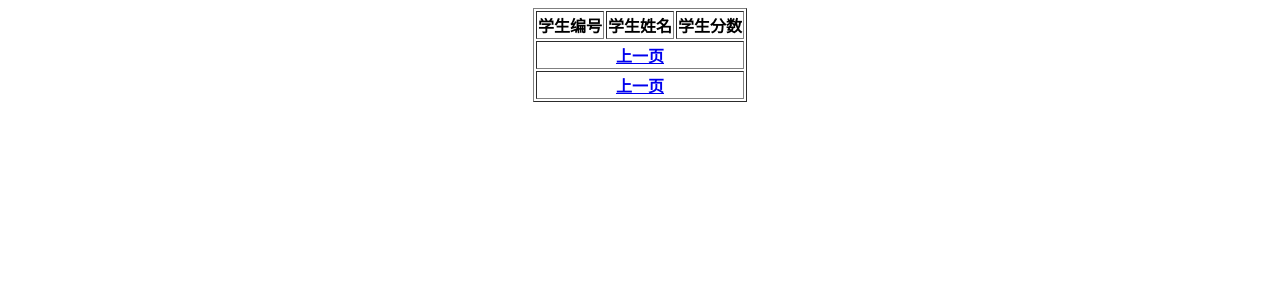
Repository: byuan98/study
Page: http://localhost/day071web/test/getallstudentpaging?pageNumber=-1
These files come from the project's save history. The page is drawn as it stood at one moment and after a run of saves; the edit follows.
The browser window is 1280 px wide. The pictures show the whole page.
The page is served by Tomcat 9. Other server files are loaded and not shown. Queries for data that is not in the repository find no rows.

Above is the page before, as saved 2021-03-30 15:01:15.

### day071web/WebContent/jsp/pagingoptimization.jsp
<%@ page language="java" contentType="text/html; charset=UTF-8" pageEncoding="UTF-8"%>
<%@ taglib prefix="core" uri="http://java.sun.com/jsp/jstl/core"%>
<!DOCTYPE html>
<html>
<head>
<meta charset="UTF-8">
<title>分页效果</title>
</head>
<body>
  <core:if test="${empty requestScope.paging}">
    <jsp:forward page="/test/getallstudentpaging"/>
  </core:if>
  <table align="center" border="solid">
    <tr>
      <th>学生编号</th><th>学生姓名</th><th>学生分数</th>
    </tr>
    <core:forEach items="${requestScope.paging.list}" var="stu">
      <tr>
        <td>${stu.stuid}</td>
        <td>${stu.stuname}</td>
        <td>${stu.stuscore}</td>
      </tr>
    </core:forEach>
    <tr>
      <th colspan="5">
        <core:if test="${requestScope.paging.pageNumber!=1}">
          <a href="<core:url value='/test/getallstudentpaging?pageNumber=${requestScope.studentpaging.pageNumber-1}'/>">上一页</a>
        </core:if>
        <core:forEach begin="1" end="${requestScope.paging.pageTotal}" var="pn">
          <core:choose>
            <core:when test="${pn != requestScore.paging.pageNumber}">
              <a href="<core:url value='/test/getallstudentpaging?pageNumber=${pn}'/>">${pn}</a>
            </core:when>
            <core:otherwise>
              <a>[${pn}]</a>
            </core:otherwise>
          </core:choose>
        </core:forEach>
        <core:if test="${requestScope.paging.pageNumber lt requestScope.paging.pageTotal}">
          <a href="<core:url value='/test/getallstudentpaging?pageNumber=${requestScope.paging.pageNumber+1}'/>">下一页</a>
        </core:if>
      </th>
    </tr>

    <tr>
      <th colspan="3">
        <core:if test="${requestScope.paging.pageNumber != 1}">
          <a href="<core:url value='/test/getallstudentpaging?pageNumber=${requestScope.paging.pageNumber-1}'/>">上一页</a>
        </core:if>
        <core:set var="number" value="5"/>
        <core:choose>
          <core:when test="${requestScope.paging.pageNumber < number/2}">
            <core:set var="startNumber" value="1"/>
          </core:when>
          <core:when test="${requestScope.paging.pageNumber > requestScore.paging.pageTotal-number/2}">
            <core:set var="startNumber" value="${requestScore.paging.pageTotal-number+1}"/>
          </core:when>
          <core:otherwise>
            <core:set var="startNumber" value="${requestScore.paging.pageNumber-num/2}"/>
          </core:otherwise>
        </core:choose>
        <core:if test="${startNumber<=0}">
          <core:set var="startNumber" value="1"/>
        </core:if>
        <core:set var="endNumber" value="${startNumber+number-1}"/>
        <core:if test="${endNumber > requestScope.paging.pageTotal}">
          <core:set var="endNumber" value="${requestScope.paging.pageTotal}"/>
        </core:if>
        <core:forEach begin="${startNumber}" end="${endNumber}" var="pn">
          <core:choose>
            <core:when test="${pn != requestScope.paging.pageNumber}">
              <a href="<core:url value='/test/getallstudentpaging?pageNumber=${pn}'/>">${pn}</a>
            </core:when>
            <core:otherwise>
              <a>[${pn}]</a>
            </core:otherwise>
          </core:choose>
        </core:forEach>
        <core:if test="${requestScore.paging.pageNumber lt requestScore.paging.pageTotal}">
          <a href="<core:url value='/test/getallstudentpaging?pageNumber=${requestScope.paging.pageNumber+1}'/>">下一页</a>
        </core:if>
      </th>
    </tr>
  </table>
</body>
</html>

### day071web/src/servlet/GetAllStudentPaging.java
package servlet;

import java.io.IOException;
import java.util.List;

import javax.servlet.ServletException;
import javax.servlet.annotation.WebServlet;
import javax.servlet.http.HttpServlet;
import javax.servlet.http.HttpServletRequest;
import javax.servlet.http.HttpServletResponse;

import bean.PagingBean;
import dao.StudentDao;
import entity.Student;

@WebServlet("/test/getallstudentpaging")
public class GetAllStudentPaging extends HttpServlet{
    protected void doGet(HttpServletRequest req, HttpServletResponse resp) throws ServletException, IOException {
        Integer pageNumber;
        Integer pageSize=6;//每页记录的数量
        try {
            pageNumber=new Integer(req.getParameter("pageNumber"));
        }catch(NumberFormatException e) {//如果获取不到数字
            pageNumber=1;
        }

        Integer count=new StudentDao().getStudentCount();//获取总记录数
        PagingBean<Student> paging=new PagingBean<Student>();
        paging.setCount(count);
        paging.setPageSize(pageSize);
        paging.setPageNumber(pageNumber);

        List<Student> partStudent=new StudentDao().getAllStudentPaging(paging.getStartIndex(), paging.getPageSize());

        paging.setList(partStudent);

        req.setAttribute("paging", paging);
        req.getRequestDispatcher("/jsp/pagingoptimization.jsp").forward(req, resp);
    }

    protected void doPost(HttpServletRequest req, HttpServletResponse resp) throws ServletException, IOException {
        doGet(req, resp);
    }
}

### day071web/src/dao/StudentDaoInter.java
package dao;

import java.util.ArrayList;

import entity.Student;

public interface StudentDaoInter {
//    查询所有学生
    public ArrayList<Student> getAllStudent();

//    查询所有学生并进行分页，传入两个参数，startIndex起始位置，pageSize每页的显示数量
    public ArrayList<Student> getAllStudentPaging(Integer startIndex, Integer pageSize);


    public Integer getStudentCount();
}

### day071web/src/dao/StudentDao.java
package dao;

import java.sql.Connection;
import java.sql.PreparedStatement;
import java.sql.ResultSet;
import java.sql.SQLException;
import java.util.ArrayList;

import entity.Student;
import util.JdbcUtil;

public class StudentDao implements StudentDaoInter{
    public ArrayList<Student> getAllStudent() {
        Connection con=null;
        PreparedStatement pre=null;
        ResultSet set=null;
        String sql="select * from student";
        ArrayList<Student> allStudent=new ArrayList<Student>();

        try {
            con=JdbcUtil.getConnection();
            pre=con.prepareStatement(sql);
            set=pre.executeQuery();

            while(set.next()) {
                Integer stuid=set.getInt("stuid");
                String stuname=set.getString("stuname");
                Double stuscore=set.getDouble("stuscore");
                allStudent.add(new Student(stuid, stuname, stuscore));
            }
        }catch(SQLException e) {
            throw new RuntimeException(e);
        }finally {
            JdbcUtil.close(con, pre, set);
        }
        return allStudent;
    }


    public ArrayList<Student> getAllStudentPaging(Integer startIndex, Integer pageSize) {
        Connection con=null;
        PreparedStatement pre=null;
        ResultSet set=null;
        String sql="select * from student limit ?,?";
        ArrayList<Student> partStudent=new ArrayList<Student>();
        try {
            con=JdbcUtil.getConnection();
            pre=con.prepareStatement(sql);
            pre.setInt(1, startIndex);//startIndex起始位置
            pre.setInt(2, pageSize);//pageSize每页显示的总数
            set=pre.executeQuery();
            while(set.next()) {
                Integer stuid=set.getInt("stuid");
                String stuname=set.getString("stuname");
                Double stuscore=set.getDouble("stuscore");
                partStudent.add(new Student(stuid, stuname, stuscore));
            }
        }catch(SQLException e) {
            throw new RuntimeException(e);
        }finally {
            JdbcUtil.close(con, pre, set);
        }
        return partStudent;
    }


    public Integer getStudentCount() {
        Connection con=null;
        PreparedStatement pre=null;
        ResultSet set=null;
        String sql="select count(*) count from student";
        Integer count=0;
        try {
            con=JdbcUtil.getConnection();
            pre=con.prepareStatement(sql);
            set=pre.executeQuery();
            if(set.next()) {
                count=set.getInt("count");
            }
        }catch(SQLException e) {
            throw new RuntimeException(e);
        }finally {
            JdbcUtil.close(con, pre, set);
        }
        return count;
    }
}

### day071web/src/util/JdbcUtil.java
package util;

import java.sql.Connection;
import java.sql.DriverManager;
import java.sql.ResultSet;
import java.sql.SQLException;
import java.sql.Statement;

public class JdbcUtil {
    private static final String DRIVER_NAME;
    private static final String URL;
    private static final String USER;
    private static final String PASSWORD;

    static {
        DRIVER_NAME="com.mysql.jdbc.Driver";
        URL="jdbc:mysql://192.168.217.14:3306/study";
        USER="root";
        PASSWORD="root";

        try {
            Class.forName(DRIVER_NAME);
        } catch (ClassNotFoundException e) {
            throw new RuntimeException(e);
        }
    }

    public static Connection getConnection() {
        try {
            return DriverManager.getConnection(URL, USER, PASSWORD);
        } catch (SQLException e) {
            throw new RuntimeException(e);
        }
    }
    public static void close(Connection con, Statement sta, ResultSet set) {
        try {
            if(con!=null) {con.close();}
            if(sta!=null) {sta.close();}
            if(set!=null) {set.close();}
        } catch (SQLException e) {
            throw new RuntimeException(e);
        }
    }

    public static void main(String[] args) {
        Connection con=getConnection();
        System.out.println(con);
        close(con, null, null);
    }
}

### day071web/src/bean/PagingBean.java
package bean;

import java.util.List;

public class PagingBean<E>{//泛型类，此类中涉及到的某个类型是变量
    private Integer pageNumber;//当前页数
    private Integer pageTotal;//总页数
    private Integer pageSize;//每页记录数
    private Integer count;//总记录数
    private Integer startIndex;//起始索引
    private List<E> list;//当前页要显示的记录信息
    private String queryString;//查询条件

    public PagingBean() {

    }
    public PagingBean(Integer pageNumber, Integer pageSize, Integer count, List<E> list) {
        this.pageNumber = pageNumber;//当前页数
        this.pageSize = pageSize;//每页记录数
        this.count = count;//总记录数
        this.list = list;//当前页要显示的记录信息
    }

    public Integer getPageNumber() {
        return pageNumber;
    }
    public void setPageNumber(Integer pageNumber) {
        if(pageNumber<=0) {pageNumber=1;}
        pageNumber=pageNumber>getPageTotal()?getPageTotal():pageNumber;

        this.pageNumber = pageNumber;
    }
    public Integer getPageTotal() {
        return count/getPageSize()+(count%getPageSize()==0?0:1);
    }
//    public void setPageTotal(Integer pageTotal) {//总页数
//        this.pageTotal = pageTotal;
//    }
    public Integer getPageSize() {
        return pageSize;
    }
    public void setPageSize(Integer pageSize) {
        this.pageSize = pageSize;
    }
    public Integer getCount() {
        return count;
    }
    public void setCount(Integer count) {
        this.count = count;
    }
    public Integer getStartIndex() {
        return (pageNumber-1)*pageSize;
    }
//    public void setStartIndex(Integer startIndex) {//起始索引是算出来的不需要set方法
//        this.startIndex = startIndex;
//    }
    public List<E> getList() {
        return list;
    }
    public void setList(List<E> list) {
        this.list = list;
    }
    public String getQueryString() {
        return queryString;
    }
    public void setQueryString(String queryString) {
        this.queryString = queryString;
    }
}

After the next 2 saves:
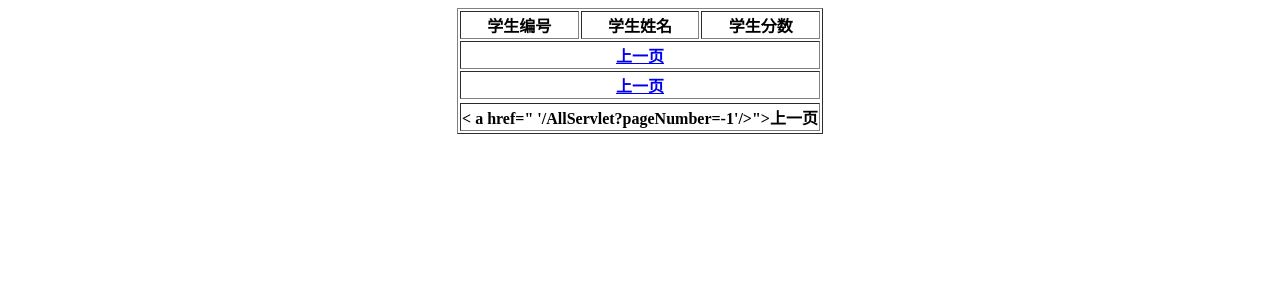
The 2 saves are shown as one change because 1 did not build or start.
The last was saved 14 min 35 s later.
--- a/day071web/WebContent/jsp/pagingoptimization.jsp
+++ b/day071web/WebContent/jsp/pagingoptimization.jsp
@@ -81,6 +81,46 @@
         </core:if>
       </th>
     </tr>
+
+
+    <tr>
+    <%--第二种分页 --%>
+          <tr>
+          <th colspan="8">
+             <%--判断是不是为1 不为1 就添加超链接上一页 --%>
+            <core:if test="${requestScope.paging.pageNumber!=1}">
+               < a href=" '/AllServlet?pageNumber=${requestScope.paging.pageNumber-1}'/>">上一页</ a>
+             </core:if>
+           <core:set var="num" value="5"/><%--记录页面显示的页数选项 5为最多5页  num为总页数 --%>
+           <core:choose>
+           <%--如果 pageNumber小于num/2 显示的5页不移动  大于的话就移动把当前页面放在中间位置--%>
+           <%--小于2 不包括2  --%>
+             <core:when test="${requestScope.paging.pageNumber <num/2}">
+                <%--定义起始页数 值为1 --%>
+               <c:set var="startNum" value="1"></c:set>
+             </core:when>
+
+             <%--如果pageNumber大于pageTotal-num/2 显示的页数也不用移动 小于的话就移动把当前页面放在中间位置 --%>
+             <%--大于8 不包括8 --%>
+              <core:when test="${requestScope.paging.pageNumber > requestScope.fenye.pageTotal -num/2}">
+                 <%-- 总页数减去num也就是5 需要加1 才能达到最后5个， --%>
+                <core:set var="startNum" value="${requestScope.paging.pageTotal-num+1}"/>
+              </core:when>
+               <core:otherwise>
+               <%--减去num/2的整数部分才能移动 也就是在中间位置 --%>
+                  <%--范围为 2 到8 包含2 包含8 --%>
+                  <%--这里要加1  --%>
+                 <core:set var="startNum" value="${requestScope.paging.pageNumber-num/2+1}"/>
+                </core:otherwise>
+             </core:choose>
+             <%--如果起始页数小于等于0 就赋值为1  --%>
+            <core:if test="${startNum<=0}">
+              <core:set var="startNum" value="1"/>
+             </core:if>
+
+
+
+    </tr>
   </table>
 </body>
 </html>
